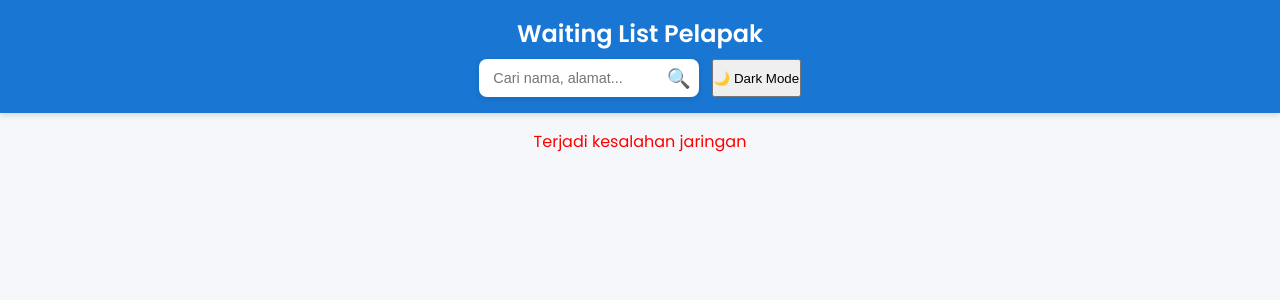
Repository: pasarrakyatbak/WaitingListforPanitia
Page: index.html
An editor plug-in stored every save of this project. The page is shown before and after the next save, followed by the edit.
The browser window is 1280 px wide. The pictures show the whole page.
The page's requests for data from a server got no answer.

Above is the page before, as saved 2025-09-25 15:58:32.

### index.html
<!DOCTYPE html>
<html lang="id">

<head>
    <meta charset="UTF-8">
    <meta name="viewport" content="width=device-width, initial-scale=1.0">
    <title>Waiting List Pelapak</title>
    <link href="https://fonts.googleapis.com/css2?family=Poppins:wght@400;500;600&display=swap" rel="stylesheet">
    <link rel="stylesheet" href="style.css">
</head>

<body>
    <!-- App Bar -->
    <div class="app-bar">
        <h1>Waiting List Pelapak</h1>
        <div class="header-actions">
            <div class="search-container">
                <input type="text" id="searchInput" placeholder="Cari nama, alamat...">
                <button id="searchBtn">🔍</button>
            </div>
            <button id="darkSwitch">🌙 Dark Mode</button>
        </div>
    </div>

    <!-- Loader -->
    <div class="loader hidden" id="loader">
        <div class="spinner"></div>
        <div>Memuat data...</div>
    </div>

    <!-- List Container -->
    <div class="grid" id="listContainer"></div>

    <!-- Pagination -->
    <div class="pagination" id="pagination"></div>

    <!-- Modal -->
    <div class="modal hidden" id="modal">
        <div class="modal-content">
            <div id="modalMessage"></div>
            <div class="modal-actions">
                <button class="btn secondary" id="cancelBtn">Batal</button>
                <button class="btn primary" id="confirmBtn">
                    <span class="btn-text">Ya</span>
                    <span class="btn-spinner hidden"></span>
                </button>
            </div>
        </div>
    </div>

    <!-- Toast -->
    <div class="toast hidden" id="toast">
        <span id="toastMessage"></span>
        <button id="toastClose">✖</button>
    </div>

    <script src="script.js"></script>
</body>

</html>

### style.css
/* Reset & global */
* {
    margin: 0;
    padding: 0;
    box-sizing: border-box;
}

body {
    font-family: "Poppins", sans-serif;
    background: #f5f7fa;
    color: #333;
    display: flex;
    flex-direction: column;
    min-height: 100vh;
    transition: background 0.4s, color 0.4s;
}

/* App Bar */
.app-bar {
    background: #1976d2;
    color: #fff;
    padding: 1rem;
    text-align: center;
    box-shadow: 0 2px 6px rgba(0, 0, 0, 0.15);
    position: sticky;
    top: 0;
    z-index: 10;
}

.app-bar h1 {
    font-size: 1.5rem;
    font-weight: 600;
    margin-bottom: 0.5rem;
}

.header-actions {
    display: flex;
    justify-content: center;
    gap: 0.8rem;
    flex-wrap: wrap;
}

/* Search */
.search-container {
    display: flex;
    align-items: center;
    background: #fff;
    border-radius: 8px;
    padding: 0.3rem 0.5rem;
    box-shadow: 0 2px 6px rgba(0, 0, 0, 0.1);
}

.search-container input {
    border: none;
    outline: none;
    padding: 0.4rem;
    width: 180px;
    font-size: 0.9rem;
}

.search-container button {
    background: transparent;
    border: none;
    cursor: pointer;
    color: #1976d2;
    font-size: 1.2rem;
}

/* Loader */
.loader {
    display: flex;
    flex-direction: column;
    align-items: center;
    margin: 2rem 0;
    gap: 0.8rem;
}

.loader.hidden {
    display: none;
}

.spinner {
    border: 4px solid #eee;
    border-top: 4px solid #1976d2;
    border-radius: 50%;
    width: 36px;
    height: 36px;
    animation: spin 1s linear infinite;
}

@keyframes spin {
    100% {
        transform: rotate(360deg);
    }
}

/* Grid */
.grid {
    display: flex;
    flex-wrap: wrap;
    gap: 1rem;
    justify-content: center;
    margin: 1rem;
}

/* Card */
.card {
    position: relative;
    background: #fff;
    border-radius: 16px;
    padding: 1rem;
    width: 250px;
    box-shadow: 0 4px 20px rgba(0, 0, 0, 0.08);
    transition: transform 0.3s, box-shadow 0.3s;
    display: flex;
    flex-direction: column;
}

.card:hover {
    transform: translateY(-5px);
    box-shadow: 0 10px 25px rgba(0, 0, 0, 0.12);
}

.card.done::after {
    content: "✅";
    position: absolute;
    top: 12px;
    right: 12px;
    font-size: 1.2rem;
}

.card .title {
    font-weight: 600;
    font-size: 1.1rem;
    margin-bottom: 0.5rem;
}

.card .subtitle {
    font-size: 0.9rem;
    color: #555;
    margin-bottom: 0.25rem;
}

.card .actions {
    margin-top: 0.8rem;
    display: flex;
    gap: 0.5rem;
}

/* Buttons */
.btn {
    padding: 0.5rem 1rem;
    border-radius: 12px;
    font-weight: 500;
    font-size: 0.85rem;
    display: flex;
    align-items: center;
    justify-content: center;
    gap: 0.5rem;
    border: none;
    cursor: pointer;
    transition: all 0.3s ease;
}

.btn.primary {
    background: linear-gradient(45deg, #4caf50, #2e7d32);
    color: #fff;
}

.btn.primary:hover {
    transform: translateY(-2px);
    box-shadow: 0 6px 15px rgba(46, 125, 50, 0.35);
}

.btn.danger {
    background: linear-gradient(45deg, #f44336, #d32f2f);
    color: #fff;
}

.btn.danger:hover {
    transform: translateY(-2px);
    box-shadow: 0 6px 15px rgba(211, 47, 47, 0.35);
}

.btn.secondary {
    background: #757575;
    color: #fff;
}

.btn-secondary:hover {
    background: #616161;
}

.btn .btn-card-spinner {
    display: none;
    border: 2px solid #fff;
    border-top: 2px solid transparent;
    border-radius: 50%;
    width: 16px;
    height: 16px;
    animation: spin 0.8s linear infinite;
}

/* Modal */
.modal {
    position: fixed;
    inset: 0;
    background: rgba(0, 0, 0, 0.45);
    display: flex;
    align-items: center;
    justify-content: center;
    z-index: 1000;
}

.modal.hidden {
    display: none;
}

.modal-content {
    background: rgba(255, 255, 255, 0.95);
    backdrop-filter: blur(6px);
    padding: 2rem;
    border-radius: 20px;
    max-width: 360px;
    width: 90%;
    text-align: center;
    box-shadow: 0 8px 25px rgba(0, 0, 0, 0.2);
    animation: fadeInUp 0.3s ease;
}

.modal-actions {
    margin-top: 1rem;
    display: flex;
    justify-content: space-around;
}

/* Toast */
.toast {
    position: fixed;
    top: 50%;
    left: 50%;
    transform: translate(-50%, -50%) scale(0.85);
    background: #323232;
    color: #fff;
    padding: 1rem 1.5rem;
    border-radius: 14px;
    font-size: 0.95rem;
    opacity: 0;
    display: flex;
    align-items: center;
    justify-content: center;
    gap: 0.7rem;
    transition: opacity 0.3s, transform 0.3s;
    z-index: 2000;
}

.toast.show {
    opacity: 1;
    transform: translate(-50%, -50%) scale(1);
}

.toast.success {
    background: #2e7d32;
}

.toast.error {
    background: #d32f2f;
}

.toast button {
    background: transparent;
    border: none;
    color: #fff;
    font-size: 1.2rem;
    cursor: pointer;
}

/* Pagination */
.pagination {
    display: flex;
    justify-content: center;
    gap: 0.5rem;
    margin: 1rem 0;
}

.pagination button {
    padding: 0.4rem 1rem;
    border-radius: 20px;
    border: 1px solid #1976d2;
    background: #fff;
    color: #1976d2;
    cursor: pointer;
    transition: all 0.3s ease;
}

.pagination button.active {
    background: #1976d2;
    color: #fff;
}

/* Animasi */
@keyframes fadeInUp {
    from {
        transform: translateY(20px);
        opacity: 0;
    }

    to {
        transform: translateY(0);
        opacity: 1;
    }
}

/* Dark Mode */
body.dark {
    background: #121212;
    color: #e5e5e5;
}

body.dark .app-bar {
    background: #1f1f1f;
}

body.dark .card {
    background: #1e1e1e;
    box-shadow: 0 4px 20px rgba(0, 0, 0, 0.5);
    color: #e5e5e5;
}

body.dark .modal-content {
    background: rgba(40, 40, 40, 0.95);
    backdrop-filter: blur(6px);
}

body.dark .pagination button {
    border-color: #4caf50;
    color: #4caf50;
    background: #121212;
}

body.dark .pagination button.active {
    background: #4caf50;
    color: #fff;
}

### script.js
const URL_API = "https://script.google.com/macros/s/AKfycby4z2qZ24SrJkcyGpybH29lSUC_3_z1LG-7wSmTzpaOEXrwjXf0Cl3hqkg95qAxPj1-/exec";

const listContainer = document.getElementById("listContainer");
const modal = document.getElementById("modal");
const modalMessage = document.getElementById("modalMessage");
const confirmBtn = document.getElementById("confirmBtn");
const cancelBtn = document.getElementById("cancelBtn");
const loader = document.getElementById("loader");
const btnText = confirmBtn.querySelector(".btn-text");
const btnSpinner = confirmBtn.querySelector(".btn-spinner");
const searchInput = document.getElementById("searchInput");
const searchBtn = document.getElementById("searchBtn");
const paginationDiv = document.getElementById("pagination");
const darkSwitch = document.getElementById("darkSwitch");

let selectedItem = null;
let selectedAction = null;
let selectedCardButton = null;
let currentPage = 1;
let totalPages = 1;
let currentKeyword = "";
let searchTimeout = null;

// Loader & Spinner
const showLoader = () => loader.classList.remove("hidden");
const hideLoader = () => loader.classList.add("hidden");
const setButtonLoading = (state) => {
    btnText.textContent = state ? "Memproses..." : "Ya";
    btnSpinner.classList.toggle("hidden", !state);
    confirmBtn.disabled = state;
};

// Fetch data
async function fetchData(page = 1, limit = 10, keyword = "") {
    const url = keyword
        ? `${URL_API}?action=searchWaitingList&keyword=${encodeURIComponent(keyword)}&page=${page}&limit=${limit}`
        : `${URL_API}?action=waitingList&page=${page}&limit=${limit}`;
    const res = await fetch(url);
    return res.json();
}

// Load data
async function loadData(page = 1, limit = 10, keyword = "") {
    showLoader();
    try {
        const json = await fetchData(page, limit, keyword);
        listContainer.innerHTML = "";
        if (json.success && json.data.length) {
            const fragment = document.createDocumentFragment();
            json.data.forEach(item => fragment.appendChild(createCard(item)));
            listContainer.appendChild(fragment);
            currentPage = page;
            totalPages = json.totalPages || 1;
            renderPagination();
        } else {
            listContainer.innerHTML = `<p style="text-align:center;">${json.message || 'Data kosong'}</p>`;
            paginationDiv.innerHTML = "";
        }
    } catch (err) {
        console.error("Error loadData:", err);
        listContainer.innerHTML = `<p style="text-align:center; color:red;">Terjadi kesalahan jaringan</p>`;
        paginationDiv.innerHTML = "";
    } finally {
        hideLoader();
    }
}

// Create card
function createCard(item) {
    const card = document.createElement("div");
    card.className = `card${item.status === "done" ? " done" : ""}`;
    card.dataset.no = item.no;
    card.innerHTML = `
        <div class="title">${item.no}. ${item.nama}</div>
        <div class="subtitle"><strong>Alamat:</strong> ${item.alamat}</div>
        <div class="subtitle"><strong>Jualan:</strong> ${item.jualan}</div>
        <div class="subtitle"><strong>WA:</strong> ${item.nomor_wa}</div>
        <div class="actions">
            <button class="btn primary">Done <span class="btn-card-spinner hidden"></span></button>
            <button class="btn danger">Hapus <span class="btn-card-spinner hidden"></span></button>
        </div>
    `;
    return card;
}

// Event delegation untuk tombol Done/Hapus
listContainer.addEventListener("click", (e) => {
    const card = e.target.closest(".card");
    if (!card) return;
    const item = {
        no: card.dataset.no,
        nama: card.querySelector(".title").textContent.split(". ")[1]
    };
    if (e.target.closest(".btn.primary")) {
        selectedItem = item;
        selectedAction = "done";
        selectedCardButton = e.target.closest(".btn.primary");
        modalMessage.textContent = `Tandai "${item.nama}" sebagai Done?`;
        modal.classList.remove("hidden");
    } else if (e.target.closest(".btn.danger")) {
        selectedItem = item;
        selectedAction = "delete";
        selectedCardButton = e.target.closest(".btn.danger");
        modalMessage.textContent = `Hapus "${item.nama}" dari waiting list?`;
        modal.classList.remove("hidden");
    }
});

// Modal cancel
cancelBtn.addEventListener("click", resetModal);

// Modal confirm
confirmBtn.addEventListener("click", async () => {
    if (!selectedItem || !selectedAction) return resetModal();
    const actionApi = selectedAction === "done" ? "approveWaitingList" : "deleteWaitingList";

    setButtonLoading(true);
    const spinnerCard = selectedCardButton.querySelector(".btn-card-spinner");
    selectedCardButton.disabled = true;
    spinnerCard.classList.remove("hidden");

    try {
        const res = await fetch(URL_API, {
            method: "POST",
            body: new URLSearchParams({ action: actionApi, no: selectedItem.no })
        });
        const json = await res.json();
        if (json.success) {
            if (selectedAction === "done") markAsDone(selectedItem.no);
            else removeCard(selectedItem.no);
            showToast(`"${selectedItem.nama}" berhasil ${selectedAction === "done" ? 'ditandai Done ✅' : 'dihapus ❌'}`, "success");
        } else showToast(json.message || "Gagal update data", "error");
    } catch (err) {
        console.error("Error confirm:", err);
        showToast("Kesalahan jaringan", "error");
    } finally {
        setButtonLoading(false);
        spinnerCard.classList.add("hidden");
        selectedCardButton.disabled = false;
        resetModal();
    }
});

function resetModal() {
    modal.classList.add("hidden");
    selectedItem = null;
    selectedAction = null;
    selectedCardButton = null;
}

// Update card
function markAsDone(no) {
    const card = listContainer.querySelector(`.card[data-no="${no}"]`);
    if (card) card.classList.add("done");
}
function removeCard(no) {
    const card = listContainer.querySelector(`.card[data-no="${no}"]`);
    if (card) card.remove();
}

// Toast
function showToast(message, type = "success") {
    const toast = document.getElementById("toast");
    const toastMessage = document.getElementById("toastMessage");
    const toastClose = document.getElementById("toastClose");
    toastMessage.textContent = message;
    toast.className = `toast ${type} show`;
    const timer = setTimeout(() => { toast.className = "toast hidden"; }, 3000);
    toastClose.onclick = () => { clearTimeout(timer); toast.className = "toast hidden"; };
}

// Pagination
function renderPagination() {
    paginationDiv.innerHTML = "";
    for (let i = 1; i <= totalPages; i++) {
        const btn = document.createElement("button");
        btn.textContent = i;
        if (i === currentPage) btn.classList.add("active");
        btn.addEventListener("click", () => loadData(i, 10, currentKeyword));
        paginationDiv.appendChild(btn);
    }
}

// Search dengan debounce
searchBtn.addEventListener("click", () => triggerSearch());
searchInput.addEventListener("input", () => triggerSearch());
function triggerSearch() {
    clearTimeout(searchTimeout);
    searchTimeout = setTimeout(() => {
        currentKeyword = searchInput.value.trim();
        loadData(1, 10, currentKeyword);
    }, 300);
}

// Dark mode
if (localStorage.getItem("darkMode") === "true") document.body.classList.add("dark");
darkSwitch.addEventListener("click", () => {
    const isDark = document.body.classList.toggle("dark");
    localStorage.setItem("darkMode", isDark);
    darkSwitch.textContent = isDark ? "☀️ Light Mode" : "🌙 Dark Mode";
});

// Load awal
window.addEventListener("DOMContentLoaded", () => loadData());

After the next save:
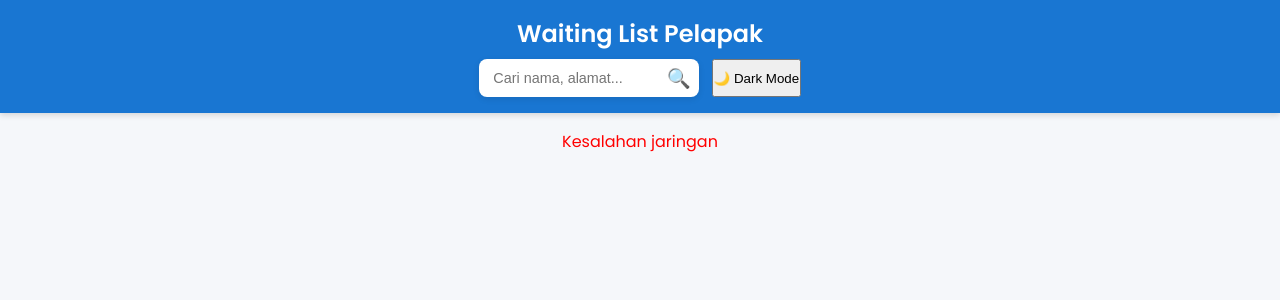
Saved 3 min 12 s later.
--- a/script.js
+++ b/script.js
@@ -21,6 +21,8 @@ let totalPages = 1;
 let currentKeyword = "";
 let searchTimeout = null;
 
+let allData = []; // cache semua data
+
 // Loader & Spinner
 const showLoader = () => loader.classList.remove("hidden");
 const hideLoader = () => loader.classList.add("hidden");
@@ -30,35 +32,58 @@ const setButtonLoading = (state) => {
     confirmBtn.disabled = state;
 };
 
-// Fetch data
-async function fetchData(page = 1, limit = 10, keyword = "") {
-    const url = keyword
-        ? `${URL_API}?action=searchWaitingList&keyword=${encodeURIComponent(keyword)}&page=${page}&limit=${limit}`
-        : `${URL_API}?action=waitingList&page=${page}&limit=${limit}`;
+// Fetch data dari API sekali saja
+async function fetchData(limit = 1000) {
+    const url = `${URL_API}?action=waitingList&page=1&limit=${limit}`;
     const res = await fetch(url);
     return res.json();
 }
 
-// Load data
+// Load data (dengan filter lokal)
 async function loadData(page = 1, limit = 10, keyword = "") {
     showLoader();
     try {
-        const json = await fetchData(page, limit, keyword);
+        // fetch hanya sekali saat awal
+        if (allData.length === 0) {
+            const json = await fetchData(1000); // ambil banyak sekaligus
+            if (json.success) {
+                allData = json.data;
+            } else {
+                listContainer.innerHTML = `<p style="text-align:center;">Data kosong</p>`;
+                hideLoader();
+                return;
+            }
+        }
+
+        // filter lokal
+        const filtered = keyword
+            ? allData.filter(item =>
+                item.nama.toLowerCase().includes(keyword.toLowerCase()) ||
+                item.alamat.toLowerCase().includes(keyword.toLowerCase()) ||
+                item.jualan.toLowerCase().includes(keyword.toLowerCase())
+            )
+            : allData;
+
+        // pagination manual
+        totalPages = Math.ceil(filtered.length / limit) || 1;
+        const start = (page - 1) * limit;
+        const end = start + limit;
+        const paginated = filtered.slice(start, end);
+
         listContainer.innerHTML = "";
-        if (json.success && json.data.length) {
+        if (paginated.length) {
             const fragment = document.createDocumentFragment();
-            json.data.forEach(item => fragment.appendChild(createCard(item)));
+            paginated.forEach(item => fragment.appendChild(createCard(item)));
             listContainer.appendChild(fragment);
             currentPage = page;
-            totalPages = json.totalPages || 1;
             renderPagination();
         } else {
-            listContainer.innerHTML = `<p style="text-align:center;">${json.message || 'Data kosong'}</p>`;
+            listContainer.innerHTML = `<p style="text-align:center;">Data tidak ditemukan</p>`;
             paginationDiv.innerHTML = "";
         }
     } catch (err) {
         console.error("Error loadData:", err);
-        listContainer.innerHTML = `<p style="text-align:center; color:red;">Terjadi kesalahan jaringan</p>`;
+        listContainer.innerHTML = `<p style="text-align:center; color:red;">Kesalahan jaringan</p>`;
         paginationDiv.innerHTML = "";
     } finally {
         hideLoader();
@@ -181,7 +206,7 @@ function renderPagination() {
     }
 }
 
-// Search dengan debounce
+// Search dengan debounce (filter lokal)
 searchBtn.addEventListener("click", () => triggerSearch());
 searchInput.addEventListener("input", () => triggerSearch());
 function triggerSearch() {
